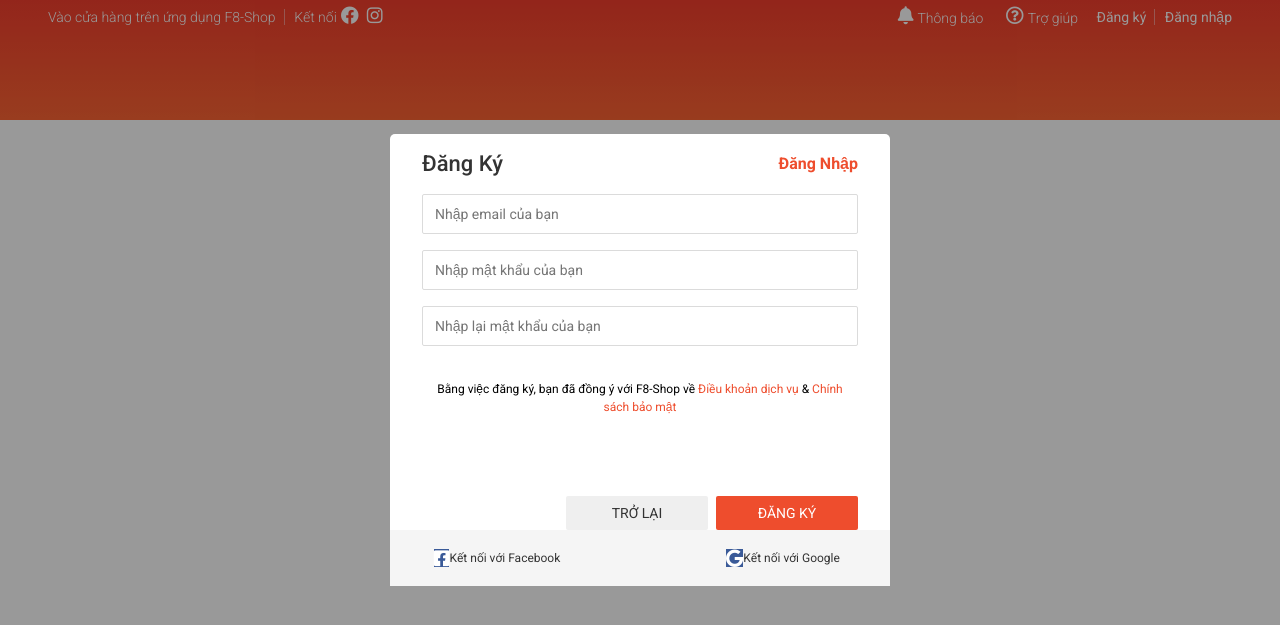
Repository: huynhnhan112/Shopee_Homepage
Page: index.html
These files come from the project's save history. The page is drawn as it stood at one moment and after the next save; the edit follows.
The browser window is 1280 px wide. The pictures show the whole page.

Above is the page before, as saved 2021-11-19 16:17:15.

After the next save:
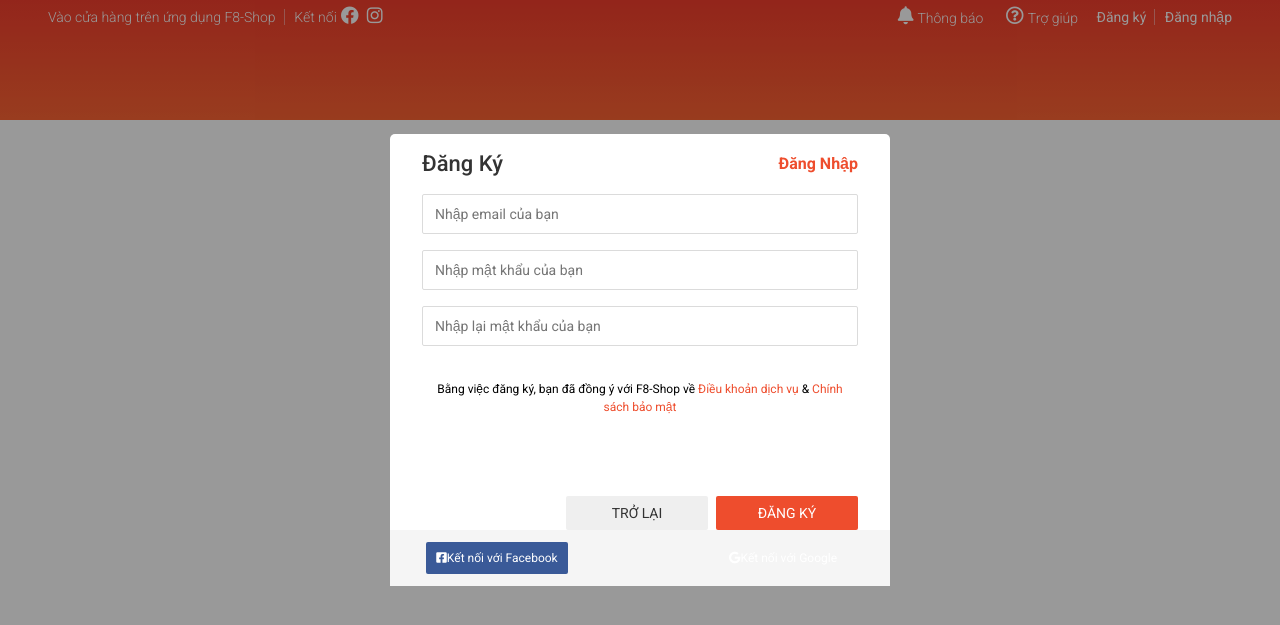
Saved 36 s later.
--- a/assets/css/style.css
+++ b/assets/css/style.css
@@ -323,12 +323,12 @@
    justify-content: space-between;
 }
 
-.auth-form__socials i {
+.auth-form__socials a {
     font-size: 1.8rem;
     color: var(--white-color);
 }
 
-.auth-form__socials i:first-child {
+.auth-form__socials a:first-child {
     background-color: #3a5a98;
     color: var(--white-color);
 }
